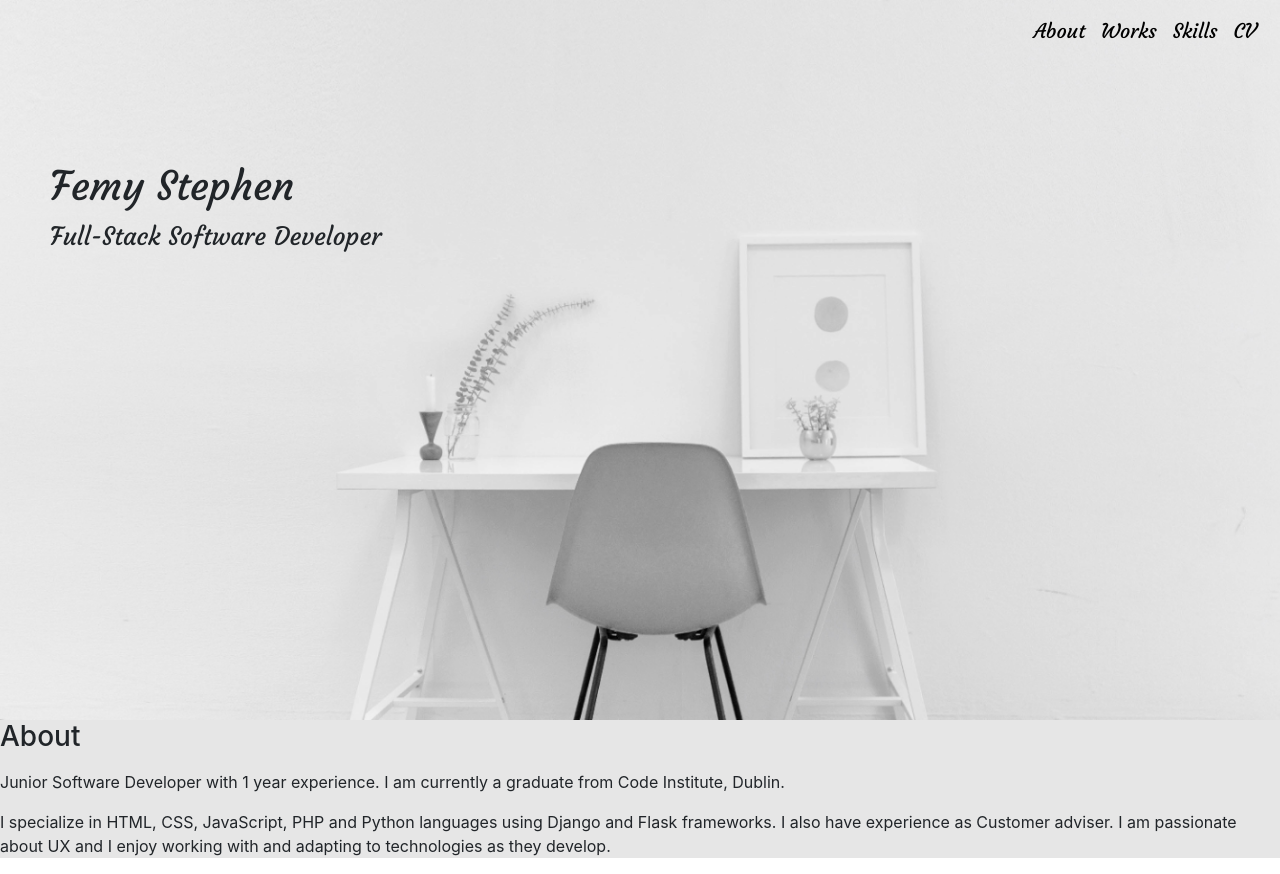
Repository: femy16/FemyStephen
Page: index.html
The author's editor kept a record of every edit. The page is drawn from the files as they stood at one moment, then again after the next edit.
The browser window is 1280 px wide. The pictures show the whole page.
Backgrounds fixed to the window are drawn as part of the page. Some web libraries are served in a nearby version.

Above is the page before.
Not found: hover.css

### index.html
<!DOCTYPE html>
<html lang="en">

<head>
    <meta charset="UTF-8">
    <meta name="viewport" content="width=device-width, initial-scale=1.0">
    <meta http-equiv="X-UA-Compatible" content="ie=edge">
    <link href="https://fonts.googleapis.com/css?family=Courgette|Kaushan+Script" rel="stylesheet">
    <link rel="stylesheet" href="https://use.fontawesome.com/releases/v5.3.1/css/all.css" integrity="sha384-mzrmE5qonljUremFsqc01SB46JvROS7bZs3IO2EmfFsd15uHvIt+Y8vEf7N7fWAU" crossorigin="anonymous">
    <link rel="stylesheet" href="hover.css" type="text/css" />
    <link rel="stylesheet" href="https://maxcdn.bootstrapcdn.com/bootstrap/4.0.0/css/bootstrap.min.css" integrity="sha384-Gn5384xqQ1aoWXA+058RXPxPg6fy4IWvTNh0E263XmFcJlSAwiGgFAW/dAiS6JXm" crossorigin="anonymous">
    <link rel="stylesheet" href="style.css" type="text/css" />
    <link href="https://fonts.googleapis.com/css?family=Montserrat" rel="stylesheet">
    <title>Femy Stephen</title>
</head>

<body>
   <header id="landing-view">


        <nav class="navbar navbar-expand-md navbar-masthead navbar-default navbar-fixed-top">
                <div class="container topmenu">


            <button class="navbar-toggler" type="button" data-toggle="collapse" data-target="#collapsibleNavbar">
    <span class="fa fa-bars" ></span>
  </button>
  </div>
            <div class="collapse navbar-collapse" id="collapsibleNavbar">
                <ul class="navbar-nav">
                    <li class="nav-item">
                        <a class="nav-link" href="#about">About</a>
                    </li>
                    <li class="nav-item">
                        <a class="nav-link" href="services.html">Works</a>
                    </li>
                    <li class="nav-item">
                        <a class="nav-link" href="products.html">Skills</a>
                    </li>
                    <li class="nav-item">
                        <a class="nav-link" href="contac_us.html">CV</a>
                    </li>
                </ul>
            </div>
        </nav>
<div class="headercontainer">
    <h1 class="name">Femy Stephen</h1>
    <p class="title">Full-Stack Software Developer</p>

</div>

    </header>
    <!--<div class="spacer"></div>-->
    <main>
      <div id="about">
          <h3>About</h3>
          <p>
          <p>Junior Software Developer with 1 year experience. I am currently a graduate from Code Institute, Dublin.</p>
<p>I specialize in HTML, CSS, JavaScript, PHP and Python languages using Django and Flask frameworks. I also have experience as Customer adviser.
I am passionate about UX and I enjoy working with and adapting to technologies as they develop.</p></p>
      </div>

    </main>

    <footer>

    </footer>



    <script src="https://code.jquery.com/jquery-3.2.1.slim.min.js" integrity="sha384-KJ3o2DKtIkvYIK3UENzmM7KCkRr/rE9/Qpg6aAZGJwFDMVNA/GpGFF93hXpG5KkN" crossorigin="anonymous"></script>
    <script src="https://cdnjs.cloudflare.com/ajax/libs/popper.js/1.12.9/umd/popper.min.js" integrity="sha384-ApNbgh9B+Y1QKtv3Rn7W3mgPxhU9K/ScQsAP7hUibX39j7fakFPskvXusvfa0b4Q" crossorigin="anonymous"></script>
    <script src="https://maxcdn.bootstrapcdn.com/bootstrap/4.0.0/js/bootstrap.min.js" integrity="sha384-JZR6Spejh4U02d8jOt6vLEHfe/JQGiRRSQQxSfFWpi1MquVdAyjUar5+76PVCmYl" crossorigin="anonymous"></script>
</body>

</html>

### style.css
.navbar {
    background-color: transparent;
    text-align:right;

}

.navbar-fixed-top .container {

    text-align: right;
    margin-right: 1%;
    margin-top: 1%;

}
#landing-view {
    background-attachment: fixed;
    background-image: url('images/landing.jpg');
    background-position: bottom;
    background-size: cover;
    height: 100vh;
    width: 100vw;
    margin-bottom: 0px;
    z-index: 1;
}

body{

    /*background-color: #fdfdfd;*/
    width: 100%;
}


/*.spacer {*/
/*    width: 100%;*/
/*    height: 170px;*/
/*}*/


.nav-link {
    font-family: 'Courgette', cursive;
    font-size: 20px;
    color: black;
    padding-left: 40px;
    padding-right: 40px;
}

/*.nav-item {*/
/*    display: inline-block;*/
/*    padding: 10px;*/
/*    padding-left: 40px;*/
/*    padding-right: 40px;*/
/*}*/
.headercontainer{
    margin-top:100px;
   padding-left: 50px;
   font-family: 'Courgette', cursive;

}
.title{
    font-size:25px;

}
.name{
    font-size:40px;
}
#about{
    background-color: #e6e6e6;
}
.abouthead{
    padding-top:40px;
    font-family: 'Courgette', cursive;
}
.discri{
    margin-top:50px;
    font-family: 'Montserrat', sans-serif;
    font-size: 20px;
}

After the next edit:
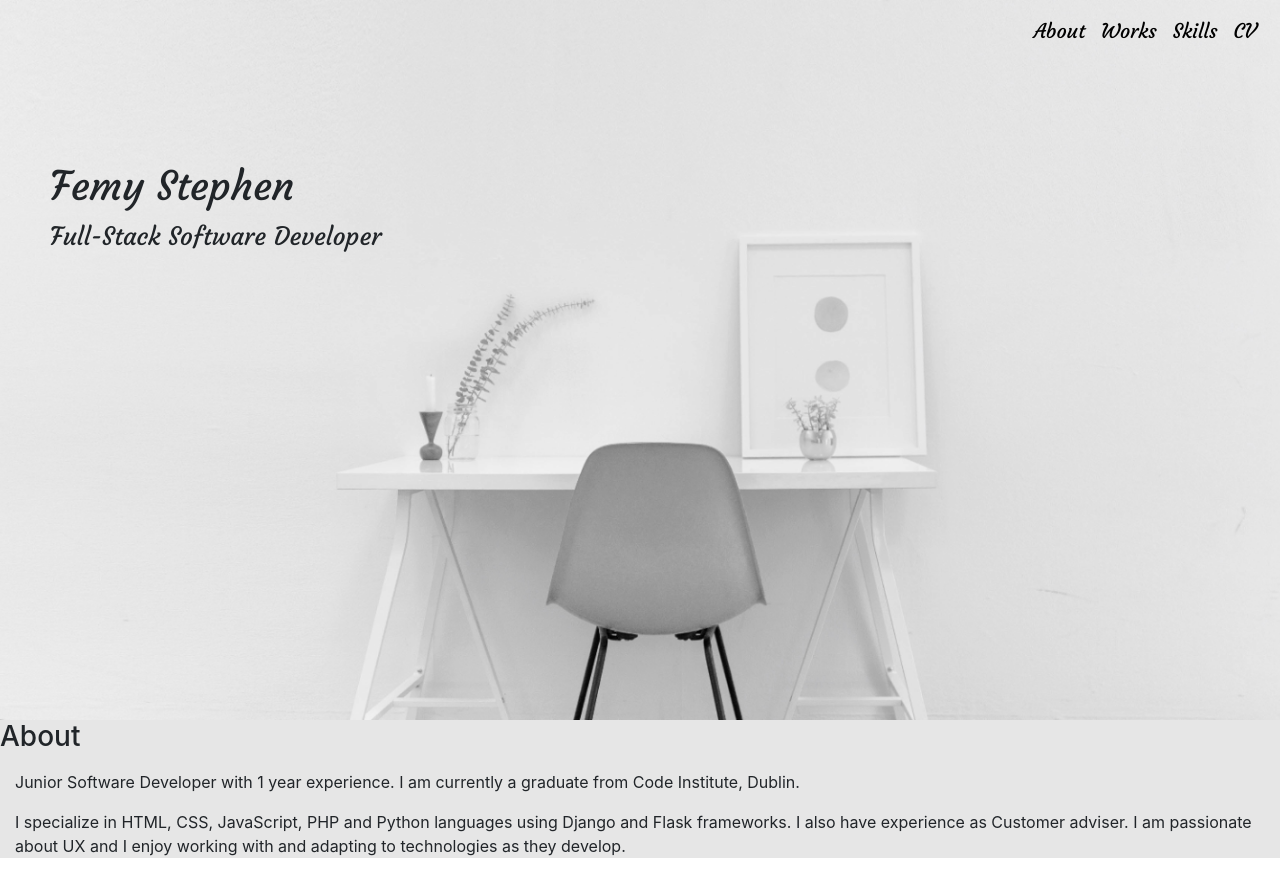
The edit:
--- a/index.html
+++ b/index.html
@@ -54,7 +54,7 @@
     <main>
       <div id="about">
           <h3>About</h3>
-          <p>
+          <p><div class="col">
           <p>Junior Software Developer with 1 year experience. I am currently a graduate from Code Institute, Dublin.</p>
 <p>I specialize in HTML, CSS, JavaScript, PHP and Python languages using Django and Flask frameworks. I also have experience as Customer adviser.
 I am passionate about UX and I enjoy working with and adapting to technologies as they develop.</p></p>
